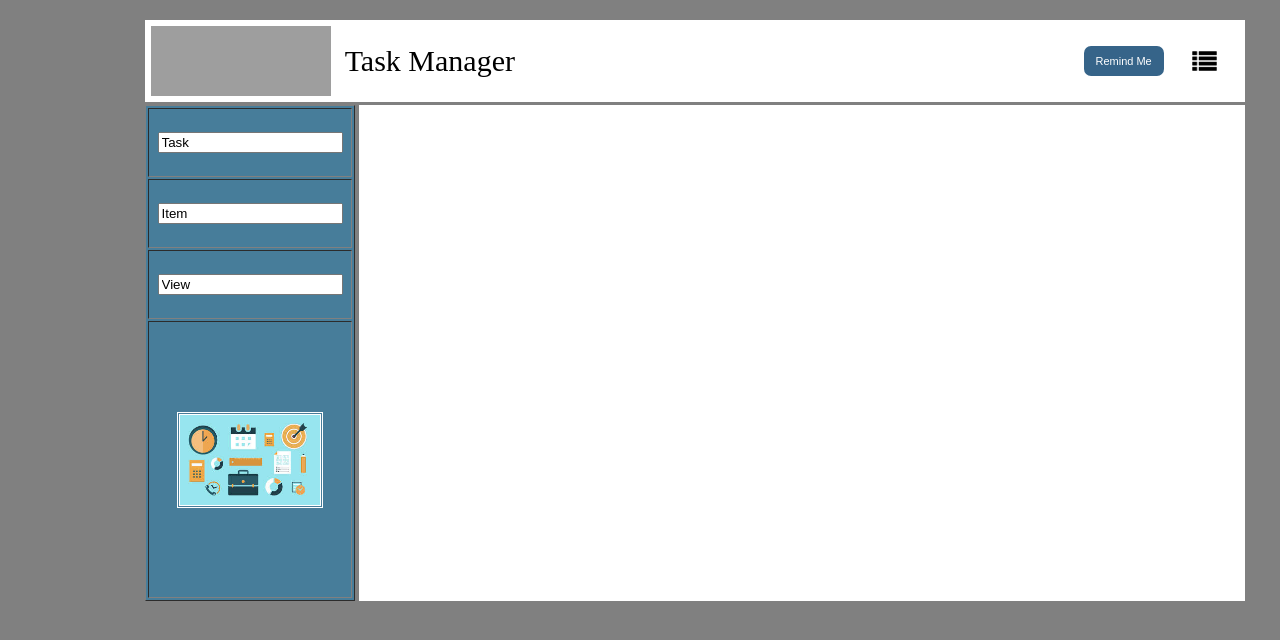
Repository: SnehaSalvi/TaskManagerProject
Page: http://localhost/TaskManagerChecklist/Home.jsp
These files come from the project's save history. The page is drawn as it stood at one moment and after the next save; the edit follows.
The browser window is 1280 px wide. The pictures show the whole page.
Pictures or frames that could not be fetched are drawn as grey boxes. The page is served by Tomcat 9. Other server files are loaded and not shown.

Above is the page before, as saved 2016-10-14 09:27:23.

### TaskManagerChecklist/WebContent/Home.jsp
<%@ page language="java" contentType="text/html; charset=ISO-8859-1" pageEncoding="ISO-8859-1"%>
<!DOCTYPE html PUBLIC "-//W3C//DTD HTML 4.01 Transitional//EN" "http://www.w3.org/TR/html4/loose.dtd">
<html>
<head>
<meta http-equiv="Content-Type" content="text/html; charset=ISO-8859-1">
<title>Insert title here</title>
<link href="home.css" type="text/css" rel="stylesheet"/>
</head>
<body>
<form>
	<table id="table1">
		<tr>
			<td id="td1">
				<img id="banner" src="images/banner.jpg"/>
			</td>
			<td id="td_blank">
			</td>
			<td id="td2">
				Task Manager
			</td>
			<td id="td3" align="center">
				<input type="button" name="remind" id="button1" value="Remind Me"/>
			</td>
			<td id="td4" align="center">
				<img id="list" src="images/list.png"/>
			</td>
		</tr>
	</table>
	<table></table>
	<table>
		<tr>
			<td>
				<table id="table2" border="1">
					<tr>
						<td id="#td5" align="center">
							<a href="AddTask.jsp"><input type="label" name="task" id="lable5" value="Task"/></a>
						</td>
					</tr>
					<tr>
						<td align="center">
							<input type="label" name="item" id="lable5" value="Item"/>
						</td>
					</tr>
					<tr>
						<td align="center">
							<input type="label" name="view" id="lable5" value="View"/>
						</td>
					</tr>
					<tr>
						<td rowspan="7" align="center">
							<img id="img1" src="images/menu.jpg"/>
						</td>
					</tr>
				</table>
			</td>
			<td>
				<table id="table3">
					<tr>
						<td id="#td6">
						</td>
					</tr>
				</table>
			</td>
		</tr>
	</table>
</form>
<!--<form action="Hello">
Name:<input type="text" name="user"/>
<input type="submit" value="go"/>
</form>-->
</body>
</html>

### TaskManagerChecklist/WebContent/home.css
body
{
	background-position: center;
	background-color:gray;
	margin-left: 140px;
	margin-top: 20px;
	margin-right: 120px;
	margin-bottom: 20px;
	background-repeat: no-repeat;
}
#table1
{
	margin-left:5px;
	background-color:white;
	background-position: center;
	height: 76px;
	width:1100px;

}
#table2
{
	margin-left:2px;
	background-color:#477d9a;
	background-position: center;
	height: 496px;
	width:210px;


}
#table3
{
	background-color:white;
	background-position: center;
	height: 496px;
	width:886px;

}
#table4
{

	background-position: center;
	height: 497px;
	width:1100px;
}
#table5
{
	width:200px;
}
img
{
	border-style:double;
	border-color: white;
}
tr
{

}
#div1
{
	width: 600px;
	height: 400px;
}
#td1
{
	width:185px;
	height:75px;
	background-color:
}
#td2
{
	width:735px;
	height:75px;
	font-family: serif;
	font-size: 30px;
	font-style: inherit;

}
#td3
{
	width:80px;
	height:75px;
}
#td4
{
	width:30x;
	height:75px;
}
#td_blank
{
	width:100x;
	height:75px;
}

#td6
{
	width:1050x;
	height:495px;


}
#banner
{

	width: 180px;
	height: 70px;
}
#list
{

	width: 25px;
	height: 20px;
}
#select1
{
	width:340px;
}
#img1
{

	width: 140px;
	height: 90px;
}
#button1
{
    height: 30px;
    width: 80px;
    border-radius: 7px;
    border: 1px solid #000;
    font-family: sans-serif;
    background-color:#366489;
    color:white;
    font-size: 11px;
    border: 0;
}
#button2
{
    height: 40px;
    width: 180px;
    border-radius: 8px;
    border: 1px solid #000;
    font-family:sans-serif;
    font-size: 13px;
   background-color:#366489;
   color:white;
    border: 0;
}
#label1
{
	color:red;
	font-size: 10px;
	border: none;
}
#font1
{

	font-style:italic;

	font-size: 18px;
	border: none;


}
#label2
{
	border: none;

}
#div3
{
	width: 510px;
	height: 350px;
}

After the next save:
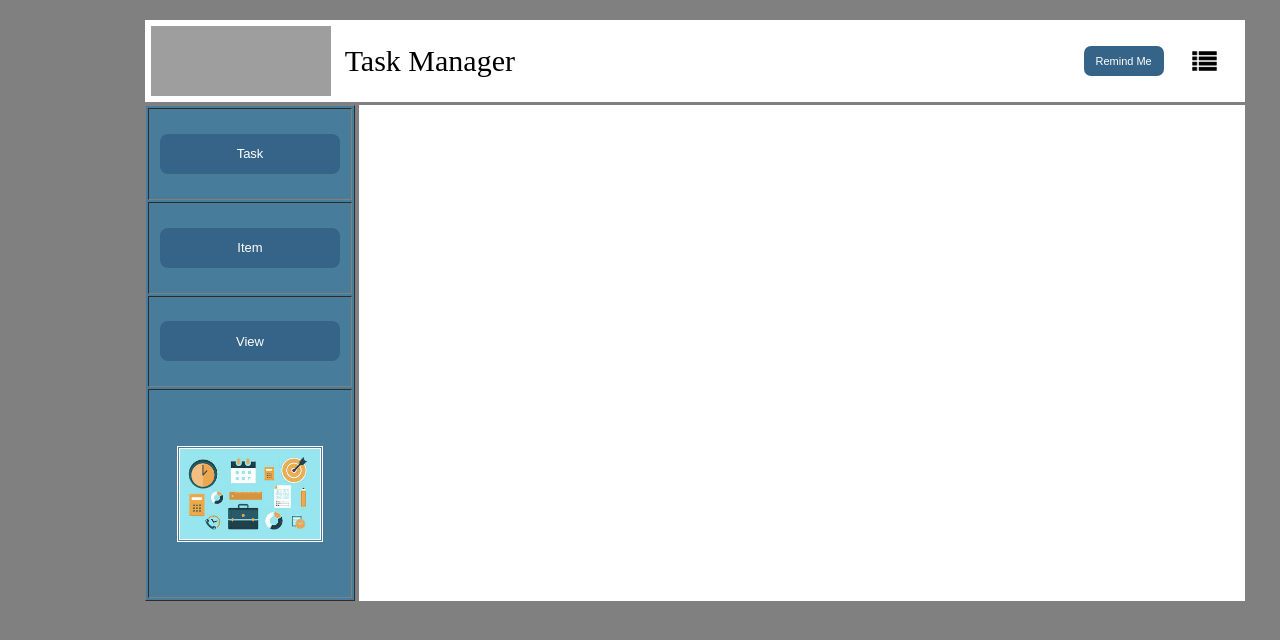
Saved 24 s later.
--- a/TaskManagerChecklist/WebContent/Home.jsp
+++ b/TaskManagerChecklist/WebContent/Home.jsp
@@ -33,17 +33,17 @@
 				<table id="table2" border="1">
 					<tr>
 						<td id="#td5" align="center">
-							<a href="AddTask.jsp"><input type="label" name="task" id="lable5" value="Task"/></a>
+							<input type="button" name="task" id="button2" value="Task" onclick="location.href='AddTask.jsp';"/>
 						</td>
 					</tr>
 					<tr>
 						<td align="center">
-							<input type="label" name="item" id="lable5" value="Item"/>
+							<input type="button" name="item" id="button2" value="Item"/>
 						</td>
 					</tr>
 					<tr>
 						<td align="center">
-							<input type="label" name="view" id="lable5" value="View"/>
+							<input type="button" name="view" id="button2" value="View"/>
 						</td>
 					</tr>
 					<tr>
